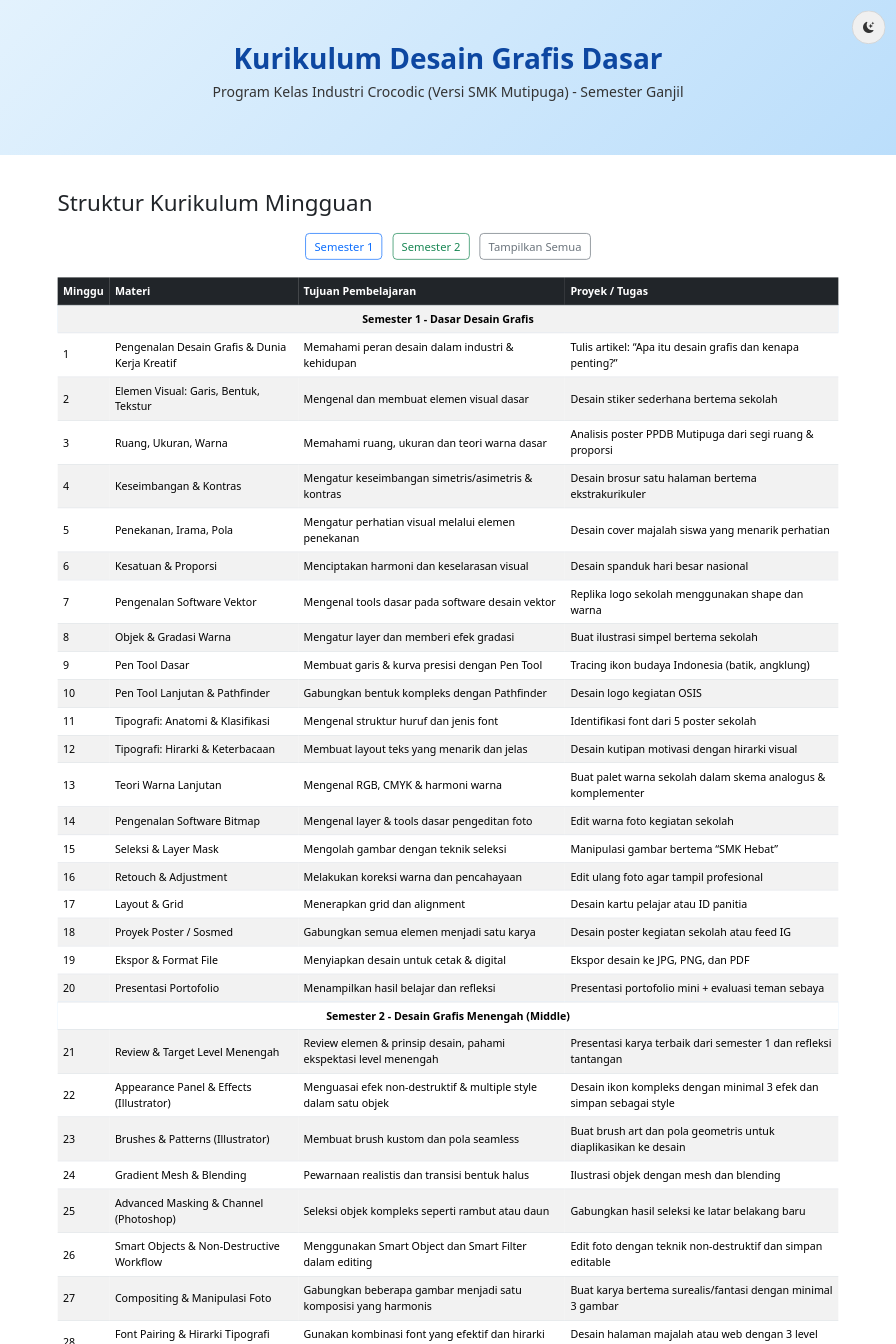
Repository: ppdbsmkmutipuga/kurikulumdesain
Page: index.html
The author's editor kept a copy of each file at every save. The page is drawn from the files as they stood at one save, then again after the next save.
The browser window is 1280 px wide. The pictures show the part of the page from y = 0 to 1920 px (the page is 2789 px tall before and 1093 px after), at 70% of full size.

Above is the page before, as saved 2025-07-01 04:40:28.

### index.html
<!DOCTYPE html>
<html lang="id">

<head>
    <meta charset="UTF-8" />
    <meta name="viewport" content="width=device-width, initial-scale=1.0" />
    <title>Kurikulum Desain Grafis - SMK Mutipuga</title>
    <link href="https://cdn.jsdelivr.net/npm/bootstrap@5.3.3/dist/css/bootstrap.min.css" rel="stylesheet" />
    <link href="https://cdnjs.cloudflare.com/ajax/libs/aos/2.3.4/aos.css" rel="stylesheet" />
    <link href="https://cdn.jsdelivr.net/npm/bootstrap-icons@1.10.5/font/bootstrap-icons.css" rel="stylesheet">
    <link rel="stylesheet" href="style.css">
    <script src="https://cdnjs.cloudflare.com/ajax/libs/html2pdf.js/0.10.1/html2pdf.bundle.min.js"></script>

</head>

<body>
    <button class="btn btn-outline-dark mode-toggle" onclick="toggleMode()">
        <i class="bi bi-moon-stars-fill"></i>
    </button>

    <!-- Hero Section -->
    <section class="hero" data-aos="fade-down">
        <div class="container">
            <h1>Kurikulum Desain Grafis Dasar</h1>
            <p class="lead">Program Kelas Industri Crocodic (Versi SMK Mutipuga) - Semester Ganjil</p>
        </div>
    </section>

    <!-- Table Section -->
    <section class="container my-5" data-aos="fade-up">
        <h2 class="section-title">Struktur Kurikulum Mingguan</h2>
        <div class="filter-buttons">
            <button class="btn btn-outline-primary" onclick="filterSemester(1)">Semester 1</button>
            <button class="btn btn-outline-success" onclick="filterSemester(2)">Semester 2</button>
            <button class="btn btn-outline-secondary" onclick="filterSemester(0)">Tampilkan Semua</button>
        </div>
        <div class="table-container">
            <div class="table-responsive">
                <table class="table table-striped table-hover align-middle mb-0" id="kurikulumTable">
                    <thead class="table-dark">
                        <tr>
                            <th scope="col">Minggu</th>
                            <th scope="col">Materi</th>
                            <th scope="col">Tujuan Pembelajaran</th>
                            <th scope="col">Proyek / Tugas</th>
                        </tr>
                    </thead>
                    <tbody>

                            <!-- Data rows akan di-load lewat JS -->
                    </tbody>
                </table>
            </div>
        </div>
    </section>

    <!-- Footer -->
    <footer>
        &copy; 2025 SMK Muhammadiyah 3 Pucang Gading | Program Kelas Industri Crocodic
    </footer>

    <!-- Scripts -->
    <script src="https://cdn.jsdelivr.net/npm/bootstrap@5.3.3/dist/js/bootstrap.bundle.min.js"></script>
    <script src="https://cdnjs.cloudflare.com/ajax/libs/aos/2.3.4/aos.js"></script>
    <script src="script.js"></script>
</body>

</html>

### style.css
/* =========================
   HERO SECTION
========================= */
.hero {
  padding: 60px 0;
  background: linear-gradient(135deg, #e3f2fd, #bbdefb);
  text-align: center;
}

.hero h1 {
  font-weight: 700;
  font-size: 2.5rem;
  color: #0d47a1;
}

.hero p {
  font-size: 1.25rem;
  color: #333;
}

body.bg-dark .hero {
  background: linear-gradient(135deg, #1e1e1e, #2c2c2c);
}

body.bg-dark .hero h1 {
  color: #90caf9;
}

body.bg-dark .hero p {
  color: #cccccc;
}

/* =========================
   FILTER BUTTONS
========================= */
.filter-buttons {
  text-align: center;
  margin: 20px 0;
}

.filter-buttons .btn {
  margin: 5px;
}

body.bg-dark .btn-outline-primary {
  color: #90caf9;
  border-color: #90caf9;
}

body.bg-dark .btn-outline-success {
  color: #81c784;
  border-color: #81c784;
}

body.bg-dark .btn-outline-secondary {
  color: #b0bec5;
  border-color: #b0bec5;
}

/* =========================
   TABLE SECTION
========================= */
.table-container {
  overflow-x: auto;
}

.table th,
.table td {
  vertical-align: middle !important;
  font-size: 0.95rem;
}

/* Baris header semester (custom row) */
.table .table-header-row {
  background-color: #cce5ff;
  font-weight: 600;
  text-align: center;
}

body.bg-dark .table .table-header-row {
  background-color: #2c3e50;
  color: #ffffff !important;
}

/* DARK MODE TABLE FIX */
body.bg-dark .table,
body.bg-dark .table td,
body.bg-dark .table th {
  color: #f1f1f1 !important;
  background-color: transparent !important;
  opacity: 1 !important;
}

body.bg-dark .table-striped tbody tr:nth-of-type(odd) {
  background-color: #2c2c2c !important;
}

body.bg-dark .table-striped tbody tr:nth-of-type(even) {
  background-color: #1a1a1a !important;
}

body.bg-dark .table-hover tbody tr:hover {
  background-color: #3a3a3a !important;
}

body.bg-dark .table thead th {
  background-color: #111 !important;
  color: #fff !important;
  border-color: #444 !important;
}

body.bg-dark .table-primary {
  background-color: #455a64 !important;
  color: #fff !important;
}

/* =========================
   FOOTER
========================= */
footer {
  padding: 20px;
  text-align: center;
  background-color: #f1f1f1;
  margin-top: 50px;
  font-size: 0.9rem;
  color: #333;
}

body.bg-dark footer {
  background-color: #1e1e1e;
  color: #e0e0e0;
}

/* =========================
   MODE TOGGLE BUTTON
========================= */
.mode-toggle {
  position: fixed;
  top: 15px;
  right: 15px;
  z-index: 1000;
  border-radius: 50%;
  width: 48px;
  height: 48px;
  display: flex;
  align-items: center;
  justify-content: center;
  background-color: #f0f0f0;
  color: #333;
  border: 1px solid #ccc;
}

/* Header tabel semester */
.table-header-row {
  background-color: #cce5ff;
  /* mode terang */
  color: #0d47a1;
}

/* Ubah header semester agar lebih gelap dan teks lebih jelas di dark mode */
body.bg-dark .table-header-row {
  background-color: #37474f;
  /* warna gelap yang elegan */
  color: #ffffff;
}

body.bg-dark .mode-toggle {
  background-color: #333;
  color: #fff;
  border: 1px solid #666;
}

/* Footer default */
footer {
  padding: 20px;
  text-align: center;
  background-color: #f1f1f1;
  margin-top: 50px;
  font-size: 0.9rem;
  color: #333;
}

/* Footer saat dark mode */
body.bg-dark footer {
  background-color: #1e1e1e;
  color: #ccc;
}


/* =========================
   RESPONSIVE
========================= */
@media (max-width: 768px) {
  .hero h1 {
    font-size: 1.8rem;
  }

  .hero p {
    font-size: 1rem;
  }

  .table th,
  .table td {
    font-size: 0.85rem;
  }
}

@media (max-width: 576px) {
  .mode-toggle {
    width: 40px;
    height: 40px;
  }

  .hero {
    padding: 40px 0;
  }
}

@media print {
  body {
    background: #fff !important;
    color: #000 !important;
  }

  .mode-toggle,
  .filter-buttons,
  footer {
    display: none !important;
  }

  .table th,
  .table td {
    font-size: 0.75rem;
  }
}

@media print {

  html,
  body {
    width: 210mm;
    height: 297mm;
    margin: 0;
    padding: 0;
    overflow: hidden;
    zoom: 0.75;
    /* Sesuaikan skala agar muat ke PDF */
  }

  .table-container {
    overflow: visible !important;
  }

  .table-responsive {
    overflow: visible !important;
  }

  table {
    table-layout: fixed;
    width: 100% !important;
    word-wrap: break-word;
  }

  .table td,
  .table th {
    font-size: 10pt !important;
    padding: 6px 8px;
    white-space: normal !important;
  }

  .filter-buttons,
  .mode-toggle,
  footer {
    display: none !important;
  }
}

Loaded but not shown: script.js (119 lines, source omitted)

After the next save:
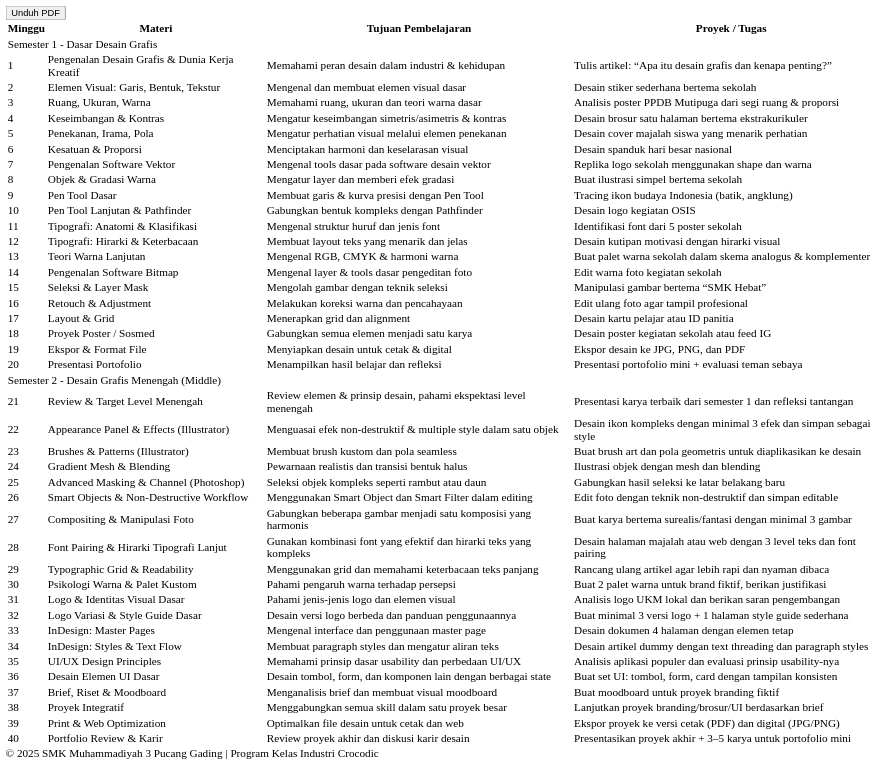
Saved 7 s later.
--- a/index.html
+++ b/index.html
@@ -1,57 +1,28 @@
-<!DOCTYPE html>
-<html lang="id">
+<div class="text-end my-3">
+    <button class="btn btn-danger" onclick="downloadPDF()">
+        <i class="bi bi-file-earmark-arrow-down-fill"></i> Unduh PDF
+    </button>
+</div>
 
-<head>
-    <meta charset="UTF-8" />
-    <meta name="viewport" content="width=device-width, initial-scale=1.0" />
-    <title>Kurikulum Desain Grafis - SMK Mutipuga</title>
-    <link href="https://cdn.jsdelivr.net/npm/bootstrap@5.3.3/dist/css/bootstrap.min.css" rel="stylesheet" />
-    <link href="https://cdnjs.cloudflare.com/ajax/libs/aos/2.3.4/aos.css" rel="stylesheet" />
-    <link href="https://cdn.jsdelivr.net/npm/bootstrap-icons@1.10.5/font/bootstrap-icons.css" rel="stylesheet">
-    <link rel="stylesheet" href="style.css">
-    <script src="https://cdnjs.cloudflare.com/ajax/libs/html2pdf.js/0.10.1/html2pdf.bundle.min.js"></script>
+<div id="pdf-content">
+    <div class="table-container">
+        <div class="table-responsive">
+            <table class="table table-striped table-hover align-middle mb-0" id="kurikulumTable">
+                <thead class="table-dark">
+                    <tr>
+                        <th scope="col">Minggu</th>
+                        <th scope="col">Materi</th>
+                        <th scope="col">Tujuan Pembelajaran</th>
+                        <th scope="col">Proyek / Tugas</th>
+                    </tr>
+                </thead>
+                <tbody>
 
-</head>
-
-<body>
-    <button class="btn btn-outline-dark mode-toggle" onclick="toggleMode()">
-        <i class="bi bi-moon-stars-fill"></i>
-    </button>
-
-    <!-- Hero Section -->
-    <section class="hero" data-aos="fade-down">
-        <div class="container">
-            <h1>Kurikulum Desain Grafis Dasar</h1>
-            <p class="lead">Program Kelas Industri Crocodic (Versi SMK Mutipuga) - Semester Ganjil</p>
+                    <!-- Data rows akan di-load lewat JS -->
+                </tbody>
+            </table>
         </div>
-    </section>
-
-    <!-- Table Section -->
-    <section class="container my-5" data-aos="fade-up">
-        <h2 class="section-title">Struktur Kurikulum Mingguan</h2>
-        <div class="filter-buttons">
-            <button class="btn btn-outline-primary" onclick="filterSemester(1)">Semester 1</button>
-            <button class="btn btn-outline-success" onclick="filterSemester(2)">Semester 2</button>
-            <button class="btn btn-outline-secondary" onclick="filterSemester(0)">Tampilkan Semua</button>
-        </div>
-        <div class="table-container">
-            <div class="table-responsive">
-                <table class="table table-striped table-hover align-middle mb-0" id="kurikulumTable">
-                    <thead class="table-dark">
-                        <tr>
-                            <th scope="col">Minggu</th>
-                            <th scope="col">Materi</th>
-                            <th scope="col">Tujuan Pembelajaran</th>
-                            <th scope="col">Proyek / Tugas</th>
-                        </tr>
-                    </thead>
-                    <tbody>
-
-                            <!-- Data rows akan di-load lewat JS -->
-                    </tbody>
-                </table>
-            </div>
-        </div>
+    </div>
     </section>
 
     <!-- Footer -->
@@ -63,6 +34,6 @@
     <script src="https://cdn.jsdelivr.net/npm/bootstrap@5.3.3/dist/js/bootstrap.bundle.min.js"></script>
     <script src="https://cdnjs.cloudflare.com/ajax/libs/aos/2.3.4/aos.js"></script>
     <script src="script.js"></script>
-</body>
+    </body>
 
-</html>
+    </html>

After the save that followed:
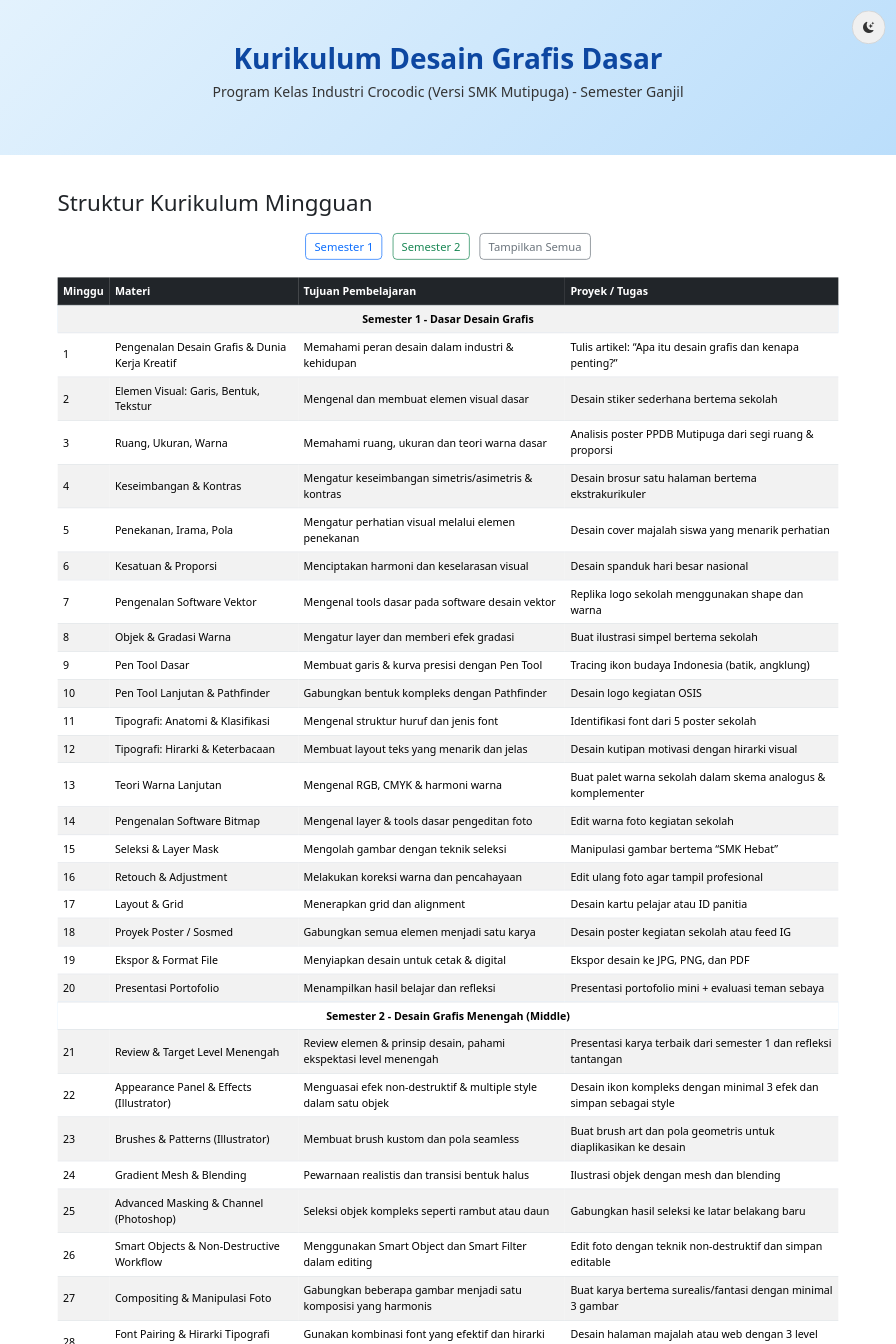
Saved 4 s later.
--- a/index.html
+++ b/index.html
@@ -1,28 +1,57 @@
-<div class="text-end my-3">
-    <button class="btn btn-danger" onclick="downloadPDF()">
-        <i class="bi bi-file-earmark-arrow-down-fill"></i> Unduh PDF
+<!DOCTYPE html>
+<html lang="id">
+
+<head>
+    <meta charset="UTF-8" />
+    <meta name="viewport" content="width=device-width, initial-scale=1.0" />
+    <title>Kurikulum Desain Grafis - SMK Mutipuga</title>
+    <link href="https://cdn.jsdelivr.net/npm/bootstrap@5.3.3/dist/css/bootstrap.min.css" rel="stylesheet" />
+    <link href="https://cdnjs.cloudflare.com/ajax/libs/aos/2.3.4/aos.css" rel="stylesheet" />
+    <link href="https://cdn.jsdelivr.net/npm/bootstrap-icons@1.10.5/font/bootstrap-icons.css" rel="stylesheet">
+    <link rel="stylesheet" href="style.css">
+    <script src="https://cdnjs.cloudflare.com/ajax/libs/html2pdf.js/0.10.1/html2pdf.bundle.min.js"></script>
+
+</head>
+
+<body>
+    <button class="btn btn-outline-dark mode-toggle" onclick="toggleMode()">
+        <i class="bi bi-moon-stars-fill"></i>
     </button>
-</div>
 
-<div id="pdf-content">
-    <div class="table-container">
-        <div class="table-responsive">
-            <table class="table table-striped table-hover align-middle mb-0" id="kurikulumTable">
-                <thead class="table-dark">
-                    <tr>
-                        <th scope="col">Minggu</th>
-                        <th scope="col">Materi</th>
-                        <th scope="col">Tujuan Pembelajaran</th>
-                        <th scope="col">Proyek / Tugas</th>
-                    </tr>
-                </thead>
-                <tbody>
+    <!-- Hero Section -->
+    <section class="hero" data-aos="fade-down">
+        <div class="container">
+            <h1>Kurikulum Desain Grafis Dasar</h1>
+            <p class="lead">Program Kelas Industri Crocodic (Versi SMK Mutipuga) - Semester Ganjil</p>
+        </div>
+    </section>
 
-                    <!-- Data rows akan di-load lewat JS -->
-                </tbody>
-            </table>
+    <!-- Table Section -->
+    <section class="container my-5" data-aos="fade-up">
+        <h2 class="section-title">Struktur Kurikulum Mingguan</h2>
+        <div class="filter-buttons">
+            <button class="btn btn-outline-primary" onclick="filterSemester(1)">Semester 1</button>
+            <button class="btn btn-outline-success" onclick="filterSemester(2)">Semester 2</button>
+            <button class="btn btn-outline-secondary" onclick="filterSemester(0)">Tampilkan Semua</button>
         </div>
-    </div>
+        <div class="table-container">
+            <div class="table-responsive">
+                <table class="table table-striped table-hover align-middle mb-0" id="kurikulumTable">
+                    <thead class="table-dark">
+                        <tr>
+                            <th scope="col">Minggu</th>
+                            <th scope="col">Materi</th>
+                            <th scope="col">Tujuan Pembelajaran</th>
+                            <th scope="col">Proyek / Tugas</th>
+                        </tr>
+                    </thead>
+                    <tbody>
+
+                            <!-- Data rows akan di-load lewat JS -->
+                    </tbody>
+                </table>
+            </div>
+        </div>
     </section>
 
     <!-- Footer -->
@@ -34,6 +63,6 @@
     <script src="https://cdn.jsdelivr.net/npm/bootstrap@5.3.3/dist/js/bootstrap.bundle.min.js"></script>
     <script src="https://cdnjs.cloudflare.com/ajax/libs/aos/2.3.4/aos.js"></script>
     <script src="script.js"></script>
-    </body>
+</body>
 
-    </html>
+</html>
